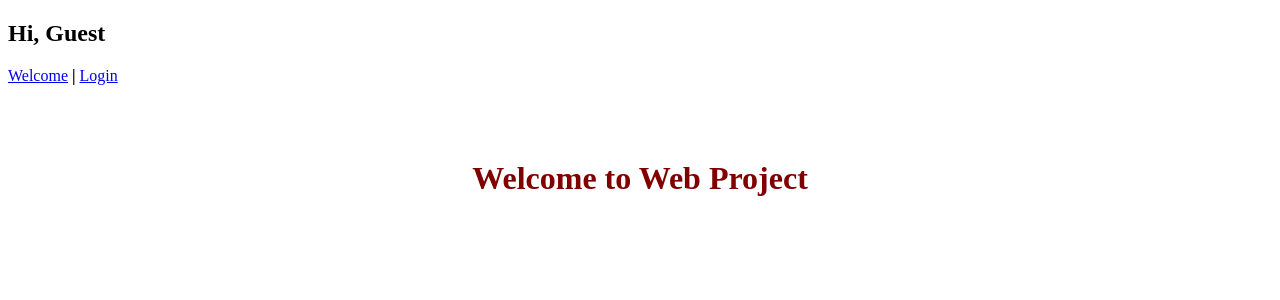
Repository: Ajay12Ajay/Advance_Java
Page: http://localhost/Advance_Web_Project/Welcome.jsp
An editor plug-in stored every save of this project. The page is shown before and after the next save, followed by the edit.
The browser window is 1280 px wide. The pictures show the whole page.
The page is served by Tomcat 9. Nobody is signed in. The application's start-up code is not run.

Above is the page before, as saved 2025-07-24 16:43:42.

After the next save:
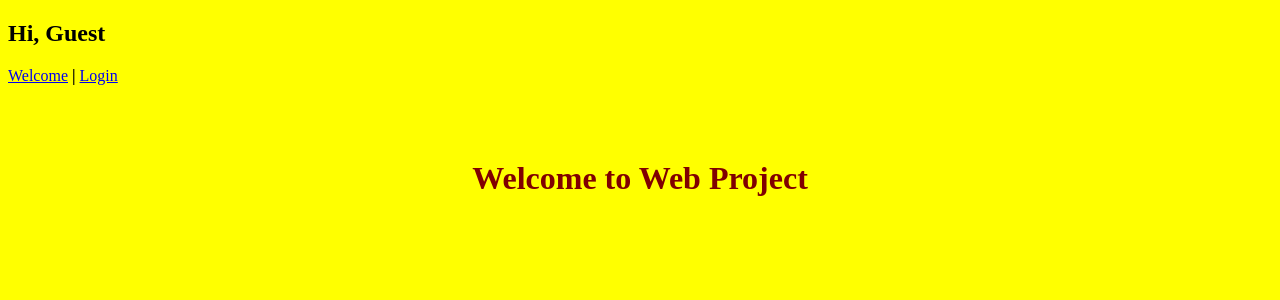
Saved 6 min 17 s later.
--- a/Advance_Web_Project/WebContent/Welcome.jsp
+++ b/Advance_Web_Project/WebContent/Welcome.jsp
@@ -6,7 +6,7 @@
 <meta charset="UTF-8">
 <title>Welcome to JSP</title>
 </head>
-<body>
+<body bgcolor="yellow">
 	<%@ include file="Header.jsp"%>
 	<br>
 	<br>
